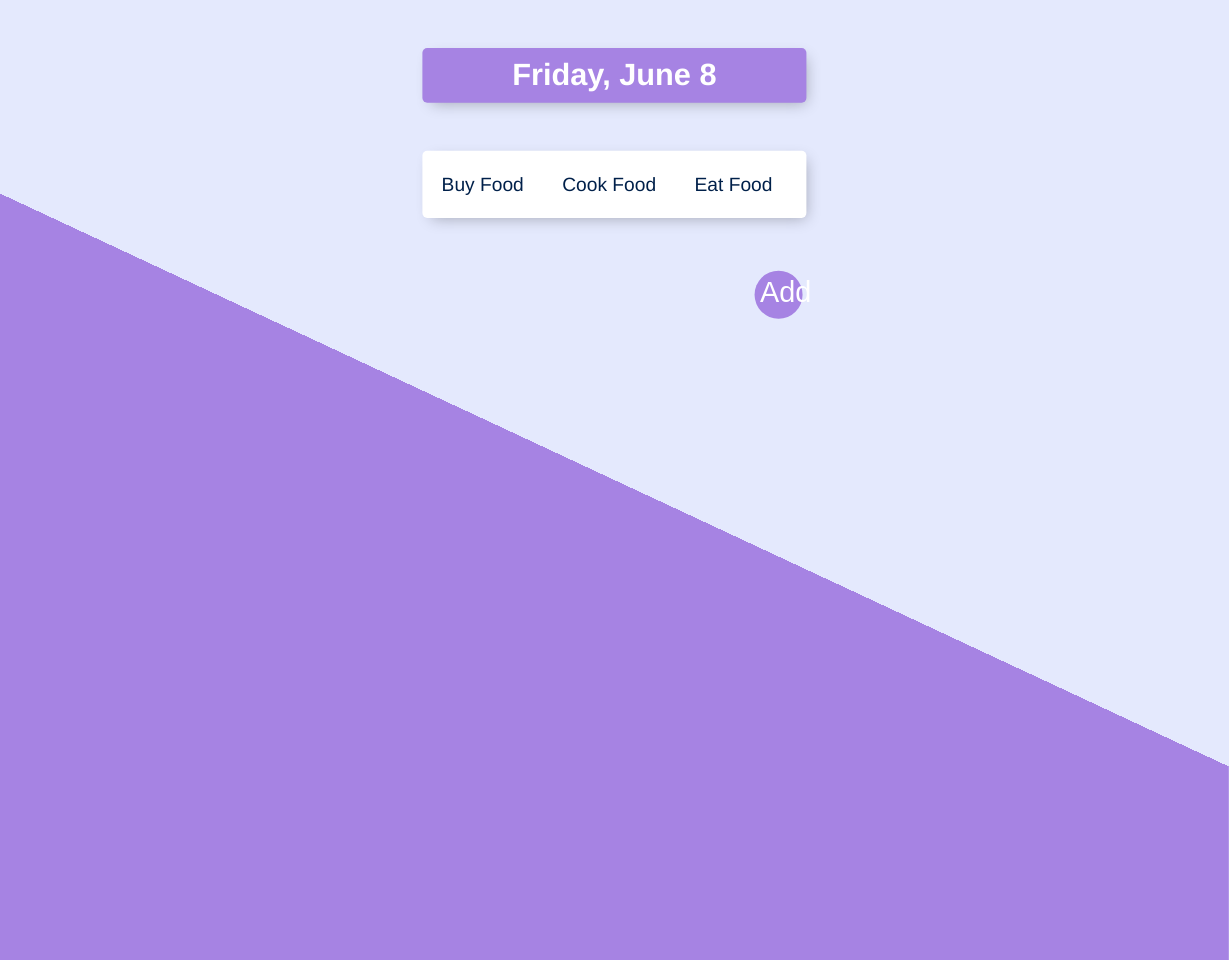
Repository: DESTINYAS/ToDo-List
Page: http://localhost/
An editor plug-in stored every save of this project. The page is shown before and after the next save, followed by the edit.
The browser window is 1280 px wide. The pictures show the whole page, at 96% of full size.
The page is served by the project's Node server (app.js).

Above is the page before, as saved 2022-08-24 14:26:10.

After the next save:
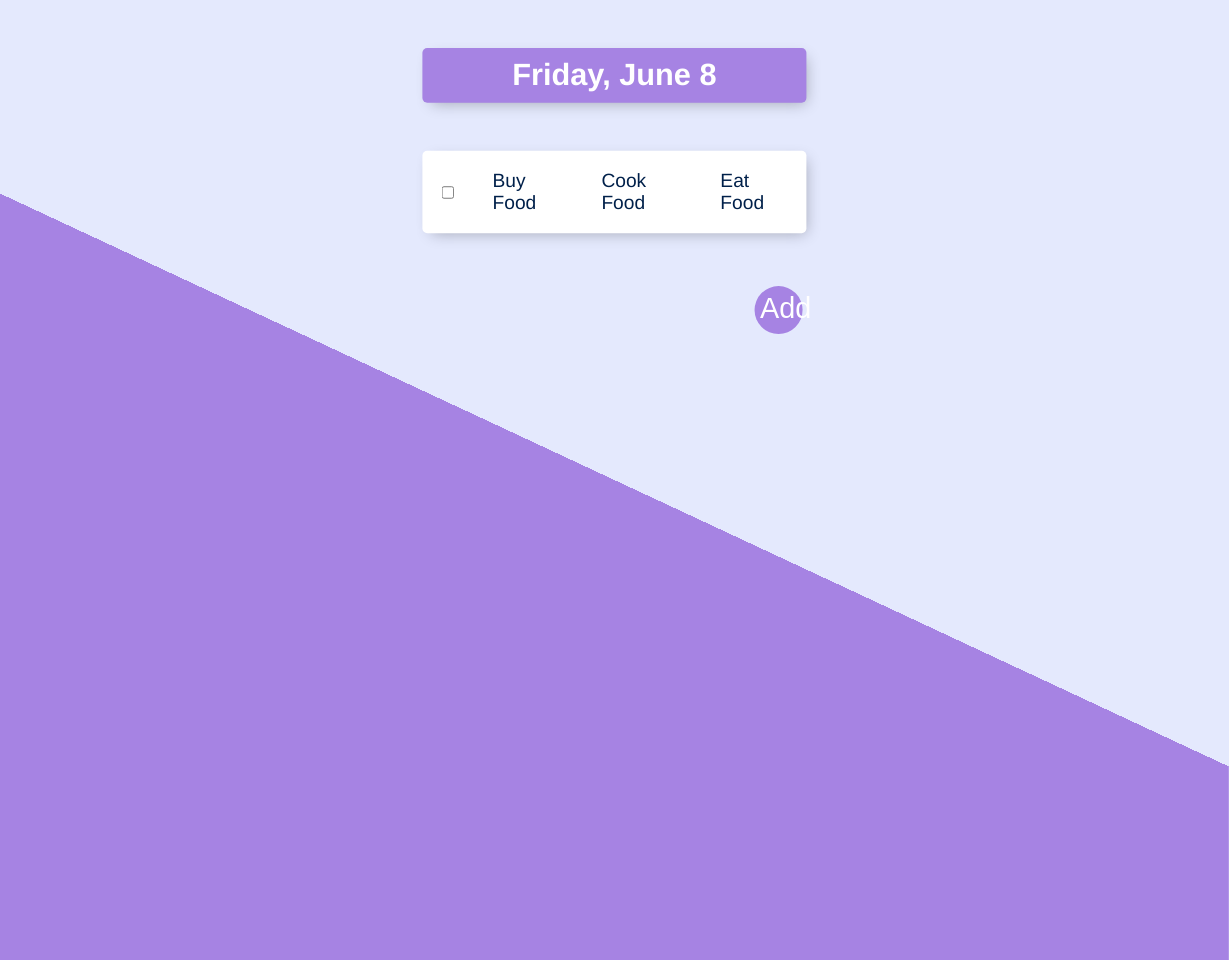
Saved 98 s later.
--- a/views/list.ejs
+++ b/views/list.ejs
@@ -14,6 +14,7 @@
 
     <div class="box">
       <div class="item">
+        <input type="checkbox">
         <% for( var i=0;i<newListItems.length;i++) {%>
           <p><%= newListItems[i] %></p>
           <%}%>
